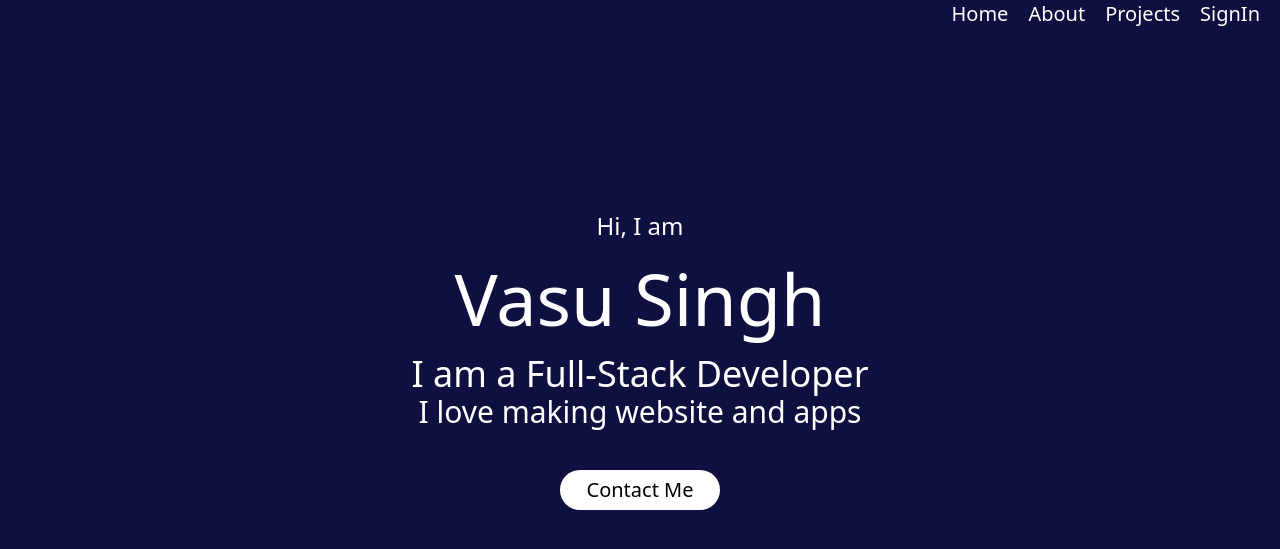
Repository: vasucp1207/vasuDev
Page: /
These files come from the project's save history. The page is drawn as it stood at one moment and after the next save; the edit follows.
The browser window is 1280 px wide. The pictures show the whole page.
The project was rebuilt for these pictures with package versions that can differ from the ones it lists, and the page was loaded fresh each time. The framework's server and built-in components were replaced by stand-ins that run in the browser. Also part of the build but not shown: next.config.js.

Above is the page before, as saved 2022-07-17 23:34:17.

### pages/index.tsx
import type { NextPage } from 'next'
import Head from 'next/head'
import Hero from './Hero'
import Navbar from './Navbar'

const Home: NextPage = () => {
  return (
    <div className="p-0 m-0 bg-darkB text-white">
      <Head>
        <title>Create Next App</title>
      </Head>

      <Navbar />
      <Hero />
    </div>
  )
}

export default Home

### pages/Hero.tsx
import React from 'react'

function Hero() {
  return (
    <div className='h-screen bg-darkB'>
        <div className='text-white flex flex-col justify-center items-center h-screen'>
            <p className='text-2xl'>Hi, I am</p>
            <h1 className='mt-5 text-7xl'>Vasu Singh</h1>
            <h3 className='mt-5 text-4xl'>I am a Full-Stack Developer</h3>
            <h4 className='text-3xl'>I love making website and apps</h4>
            <button className='hover:text-white transition-all 200 hover:bg-green-400 mt-10 bg-white text-black h-10 w-40 outline-none rounded-full text-xl'>Contact Me</button>
        </div>
    </div>
  )
}

export default Hero

### pages/Navbar.tsx
import React from 'react'

function Navbar() {
  return (
    <div className='h-15 w-screen absolute bg-transparent flex justify-end items-center'>
        <div className='h-full flex space-x-5 text-xl font-normal mr-5 items-center'>
            <p className='flex items-center h-full hover:bg-green-400 cursor-pointer'>Home</p>
            <p className='flex items-center h-full hover:bg-green-400 cursor-pointer'>About</p>
            <p className='flex items-center h-full hover:bg-green-400 cursor-pointer'>Projects</p>
            <p className='flex items-center h-full hover:bg-green-400 cursor-pointer'>SignIn</p>
        </div>
    </div>
  )
}

export default Navbar

### tailwind.config.js
/** @type {import('tailwindcss').Config} */
module.exports = {
  content: [
    './pages/**/*.{js,ts,jsx,tsx}',
    './components/**/*.{js,ts,jsx,tsx}',
  ],
  theme: {
    extend: {
      colors: {
        darkB: 'rgba(15, 16, 63, 1)'
      }
    },
  },
  plugins: [],
}

Loaded but not shown: pages/_app.tsx (common file); styles/globals.css (common file)

After the next save:
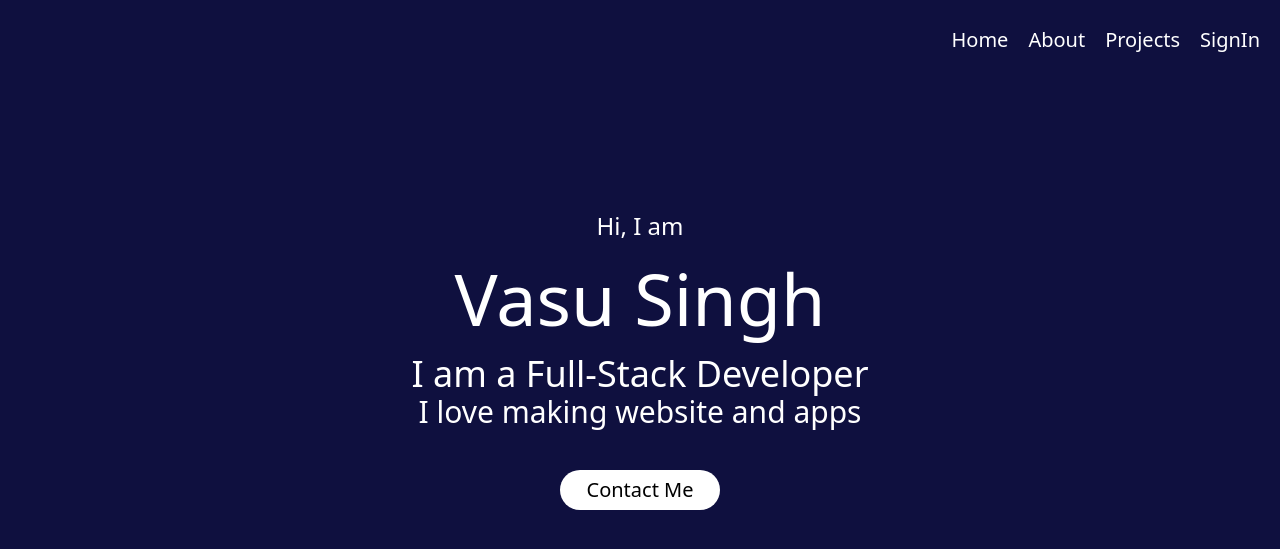
Saved 8 s later.
--- a/pages/Navbar.tsx
+++ b/pages/Navbar.tsx
@@ -2,7 +2,7 @@
 
 function Navbar() {
   return (
-    <div className='h-15 w-screen absolute bg-transparent flex justify-end items-center'>
+    <div className='h-20 w-screen absolute bg-transparent flex justify-end items-center'>
         <div className='h-full flex space-x-5 text-xl font-normal mr-5 items-center'>
             <p className='flex items-center h-full hover:bg-green-400 cursor-pointer'>Home</p>
             <p className='flex items-center h-full hover:bg-green-400 cursor-pointer'>About</p>

After the save that followed:
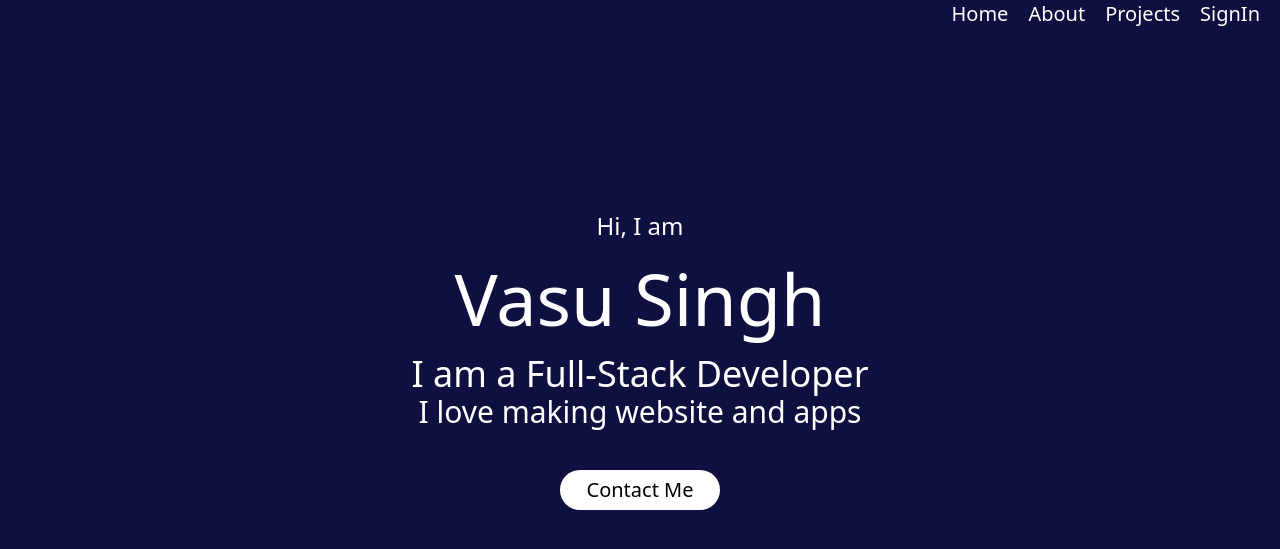
Saved 63 s later.
--- a/pages/Navbar.tsx
+++ b/pages/Navbar.tsx
@@ -2,7 +2,7 @@
 
 function Navbar() {
   return (
-    <div className='h-20 w-screen absolute bg-transparent flex justify-end items-center'>
+    <div className='h-15 w-screen absolute bg-transparent flex justify-end items-center'>
         <div className='h-full flex space-x-5 text-xl font-normal mr-5 items-center'>
             <p className='flex items-center h-full hover:bg-green-400 cursor-pointer'>Home</p>
             <p className='flex items-center h-full hover:bg-green-400 cursor-pointer'>About</p>
